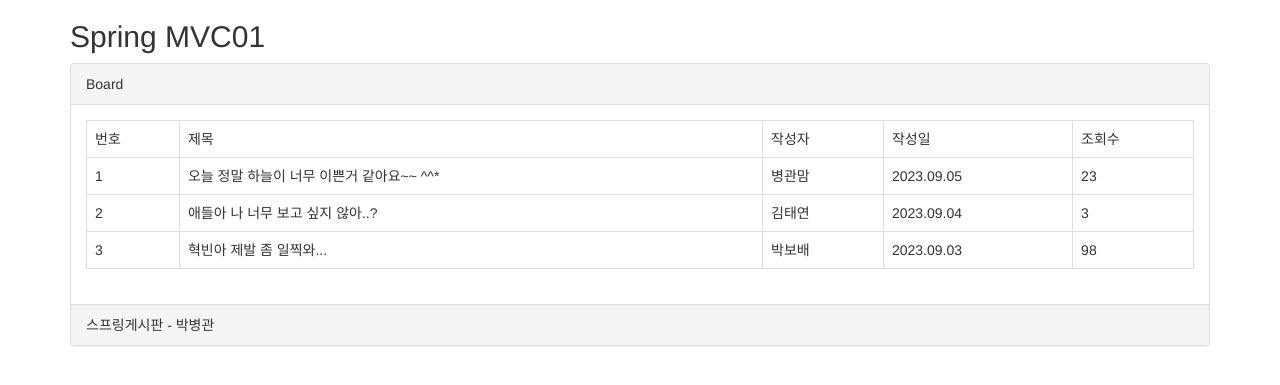
Repository: juhyun98/Spring
Page: http://localhost/SpringMVC01/boardList.do
The author's editor kept a copy of each file at every save. The page is drawn from the files as they stood at one save, then again after the next save.
The browser window is 1280 px wide. The pictures show the whole page.
The page is served by Tomcat 9.

Above is the page before, as saved 2023-09-05 02:11:44.

After the next save:
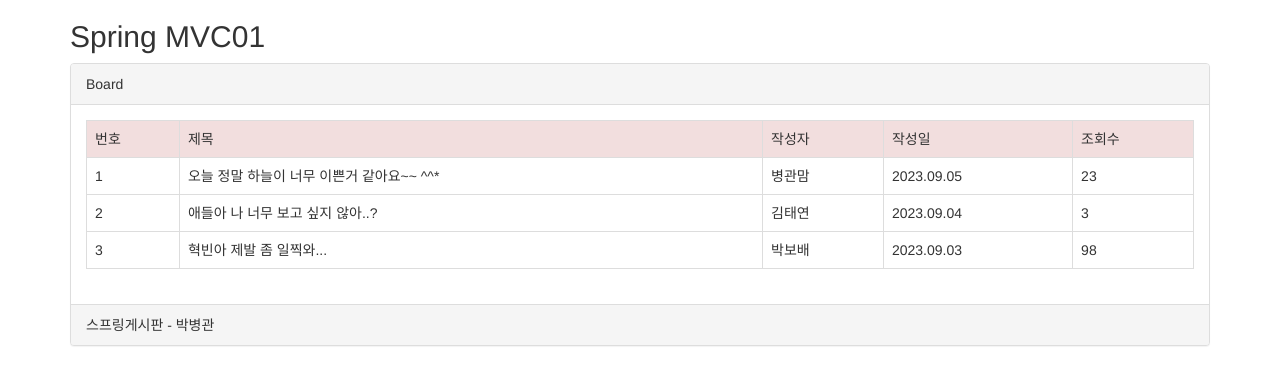
Saved 76 s later.
--- a/SpringMVC01/src/main/webapp/WEB-INF/views/boardList.jsp
+++ b/SpringMVC01/src/main/webapp/WEB-INF/views/boardList.jsp
@@ -18,7 +18,7 @@
 			<div class="panel-heading">Board</div>
 			<div class="panel-body">
 				<table class="table table-bordered table-hover">
-					<tr>
+					<tr class="danger">
 						<td>번호</td>
 						<td>제목</td>
 						<td>작성자</td>
